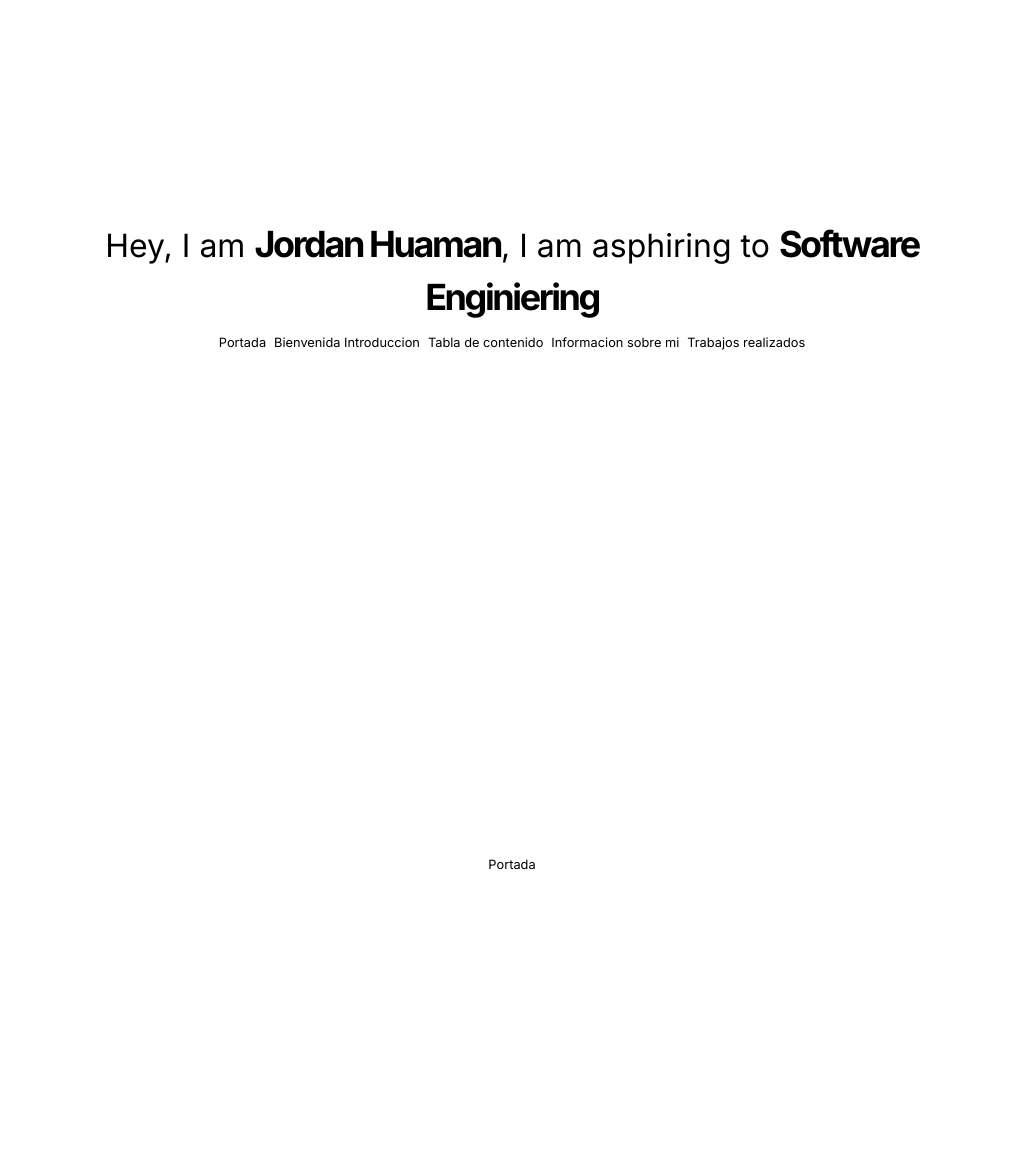
Repository: devsecops-node/portafolio-nextj-pages
Page: /
These files come from the project's save history. The page is drawn as it stood at one moment and after the next save; the edit follows.
The browser window is 1280 px wide. The pictures show the whole page, at 80% of full size.
The project was rebuilt for these pictures with package versions that can differ from the ones it lists, and the page was loaded fresh each time. The framework's server and built-in components were replaced by stand-ins that run in the browser. Also part of the build but not shown: next.config.js, src/styles/transitionPage.module.css.

Above is the page before, as saved 2024-01-15 03:58:16.

### src/app/page.js
"use client"
import Dashboard from '@/components/Dashboard'
import Transition from '@/components/Transition'
import Image from 'next/image'
import { useEffect, useState } from 'react'

export default function Home() {
  const [showAnimation, setShowAnimation] = useState(true)

  useEffect(() => {
    console.log('Ejecutando')
    setTimeout(() => {
      setShowAnimation(false)
    }, 2000)
  }, [])
  return (
    <main className='h-[100vh]'>
      {showAnimation ? <Transition /> : <Dashboard />}
    </main>
  )
}

### src/components/Dashboard.jsx
import React from 'react'
import stles from "@/styles/dashboard.module.css"
import Portada from './Portada'
import { useRef } from 'react'

const Dashboard = () => {
  const portada = useRef(null)

  const scrollToPortada = () => {
    const portada = document.getElementById('portada')

    if (portada) {
      console.log('ejecutando id')
      portada.scrollIntoView({ behavior: 'smooth' })
    }
  }
  return (
    <section className={stles.home_view}>
      <div className='h-screen flex justify-center items-center flex-col'>
        <div className={stles.home_view_principal}>
          <p className={stles.animar_text} id='detec'> Hey, I am <span className="animacion-bolder">Jordan
            Huaman</span>, I am asphiring to <span className={stles.detect}>Software Enginiering</span>
          </p>
        </div>
        <div className={stles.home_view_links}>
          <a onClick={scrollToPortada} className={stles.animar_abajo}>
            <p>Portada</p>
          </a>
          <a href="" className={stles.animar_abajo}>
            <p>Bienvenida Introduccion</p>
          </a>
          <a href="" className={stles.animar_arriba}>
            <p>Tabla de contenido</p>
          </a><a href="" className={stles.animar_arriba}>
            <p>Informacion sobre mi</p>
          </a>
          <a href="" className={stles.animar_abajo}>
            <p>Trabajos realizados</p>
          </a>

        </div>
        <div>
        </div>
      </div>
      <div id='portada'>
      <Portada/>
      </div>
    </section>
  )
}

export default Dashboard

### src/components/Transition.jsx
import React from 'react'
import styles from "@/styles/transitionPage.module.css"

const Transition = () => {
  return (
    <div className={styles.home}>
      <main className=''>
        <p className={styles.text_1}>Jh</p>
        <p className={styles.text_2}>Jordan Huaman - Porfolio</p>
      </main>
      <footer>
        <p className={styles.text_3}>Software Engineerin - 2024</p>
      </footer>
    </div>
  )
}

export default Transition

### src/styles/dashboard.module.css
/* ? Home-view part */
.home_view {
  height: 100%;
}

.animar_text {
  animation: apper-2 2s;
  -webkit-animation: apper-2 2s;
}

.home_view_principal {
  width: 90%;
  margin: 0 auto;
}

.home_view_principal p {
  text-align: center;
  font-size: 40px;
}

.home_view_principal p span {
  font-size: 45px;
  letter-spacing: -3px;
  font-weight: bold;
}

.home_view_principal p span:hover .child {
  background-color: red;
}

@keyframes apper-2 {
  0% {
    opacity: 0;
    transform: translateY(-200px);
    -webkit-transform: translateY(-200px);
    -moz-transform: translateY(-200px);
    -ms-transform: translateY(-200px);
    -o-transform: translateY(-200px);
  }

  50% {
    opacity: 1;
    transform: translateY(-20px);
    -webkit-transform: translateY(-20px);
    -moz-transform: translateY(-20px);
    -ms-transform: translateY(-20px);
    -o-transform: translateY(-20px);
  }

  100% {
    opacity: 1;
    transform: translateY(0px);
    -webkit-transform: translateY(0px);
    -moz-transform: translateY(0px);
    -ms-transform: translateY(0px);
    -o-transform: translateY(0px);
  }
}

.home_view_links {
  display: flex;
  padding: 10px;
  justify-content: space-between;
  gap: 10px;
}

/* Line aniamtion */
.line-animation {
  display: inline;
  cursor: pointer;
  position: relative;
  /* padding: 5px; */
}

.line-animation::after {
  /* margin-top: 10px; */
  content: "";
  position: absolute;
  width: 100%;
  height: 3px;
  top: auto;
  bottom: 14px;
  left: -4px;
  transform: scaleX(0);
  box-shadow: 0 5px 0 black;
  transform-origin: bottom right;
  transition: transform 0.5s ease-out;
}

.line-animation:hover:after {
  transform: scaleX(1);
  transform-origin: bottom left;
}

.animacion-bolder {
  animation: animar-bold 2s linear alternate slidein;
  -webkit-animation: animar-bold 2s linear alternate slidein;
}

.animar_arriba{
  animation: apper-arriba 2s;
  -webkit-animation: apper-arriba 2s;
}
.animar_abajo{
  cursor: pointer;
  animation: apper-abajo 2s;
  -webkit-animation: apper-abajo 2s;

}

@keyframes apper-arriba {
  0% {
    opacity: 0;
    transform: translateY(200px);
    -webkit-transform: translateY(200px);
    -moz-transform: translateY(200px);
    -ms-transform: translateY(200px);
    -o-transform: translateY(200px);
}

  50% {
    opacity: 1;
    transform: translateY(-20px);
    -webkit-transform: translateY(-20px);
    -moz-transform: translateY(-20px);
    -ms-transform: translateY(-20px);
    -o-transform: translateY(-20px);
  }

  100% {
    opacity: 1;
    transform: translateY(0px);
    -webkit-transform: translateY(0px);
    -moz-transform: translateY(0px);
    -ms-transform: translateY(0px);
    -o-transform: translateY(0px);
  }
}
@keyframes apper-abajo {
  0% {
    opacity: 0;
    transform: translateY(-200px);
    -webkit-transform: translateY(-200px);
    -moz-transform: translateY(-200px);
    -ms-transform: translateY(-200px);
    -o-transform: translateY(-200px);
}

  50% {
    opacity: 1;
    transform: translateY(-20px);
    -webkit-transform: translateY(-20px);
    -moz-transform: translateY(-20px);
    -ms-transform: translateY(-20px);
    -o-transform: translateY(-20px);
  }

  100% {
    opacity: 1;
    transform: translateY(0px);
    -webkit-transform: translateY(0px);
    -moz-transform: translateY(0px);
    -ms-transform: translateY(0px);
    -o-transform: translateY(0px);
  }
}

@keyframes animar-bold {
  0% {
    opacity: 0;
  }

  100% {
    opacity: 1;
  }
}

### src/components/Portada.jsx
import React from 'react'

const Portada = () => {
  return (
    <div className='h-screen flex justify-center items-center'>Portada</div>
  )
}

export default Portada

Loaded but not shown: src/app/layout.js (common file); src/app/globals.css (common file); tailwind.config.js (common file)

After the next save:
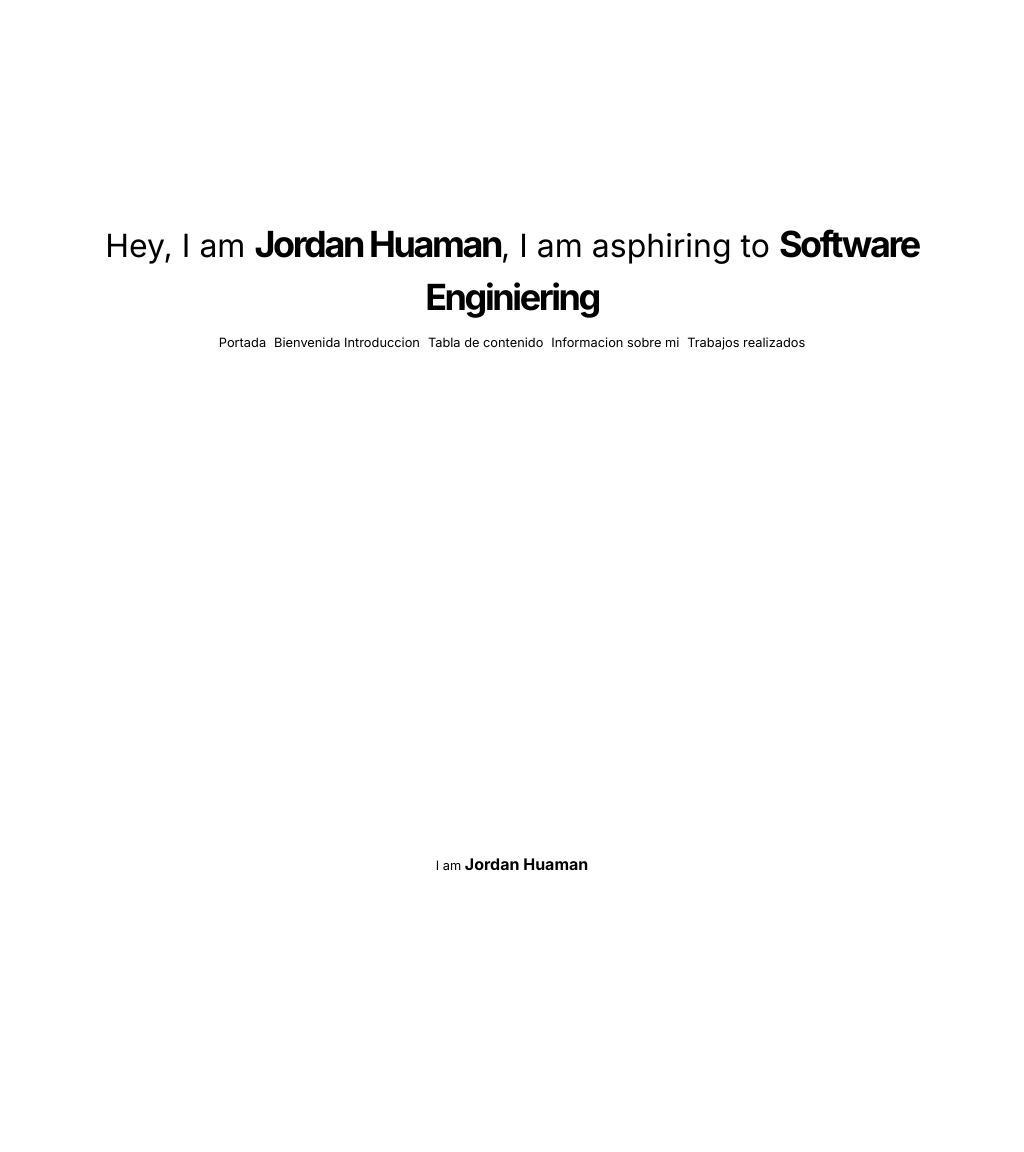
Saved 36 s later.
--- a/src/components/Portada.jsx
+++ b/src/components/Portada.jsx
@@ -2,7 +2,11 @@ import React from 'react'
 
 const Portada = () => {
   return (
-    <div className='h-screen flex justify-center items-center'>Portada</div>
+    <div className='h-screen flex justify-center items-center'>
+      <section>
+        <p>I am <span className='text-[20px] font-bold'>Jordan Huaman</span></p>
+      </section>
+    </div>
   )
 }
 
